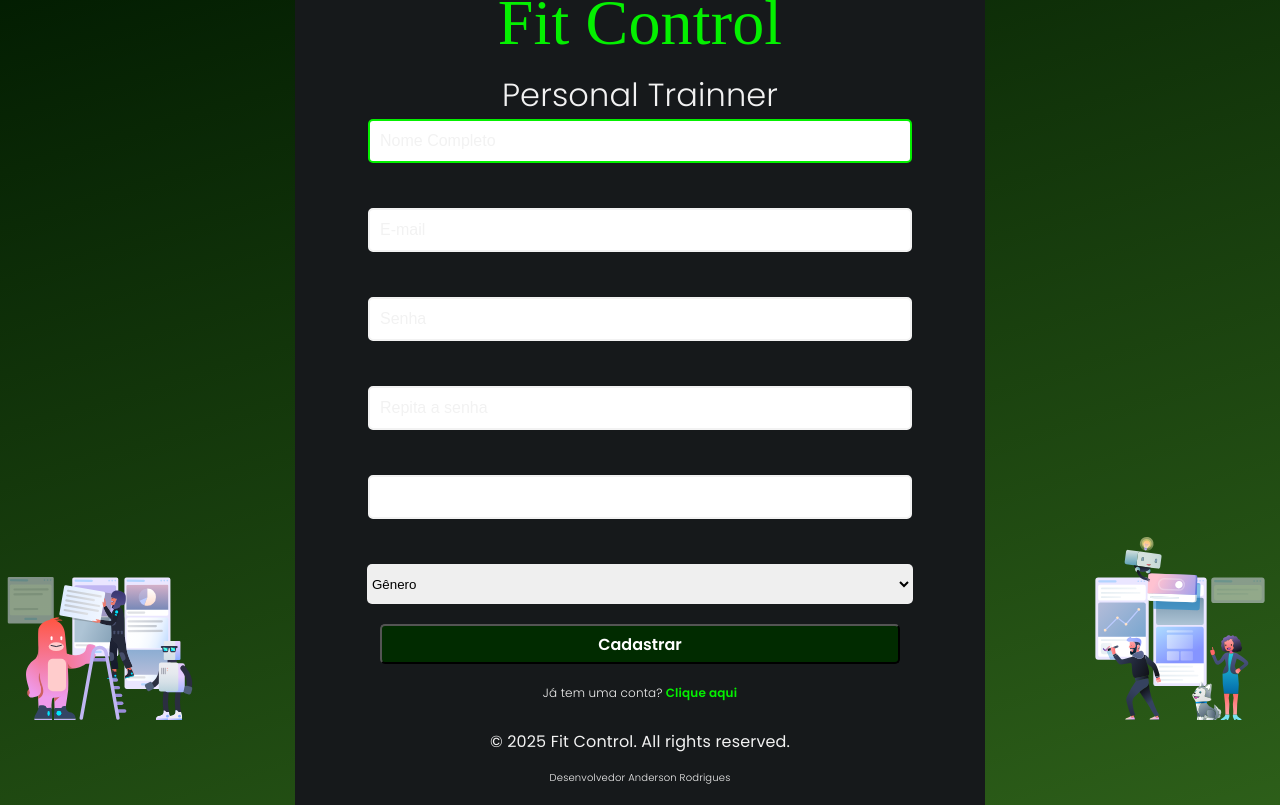
Repository: fit-control/frontend-fit-control
Page: /cadastro
These files come from the project's save history. The page is drawn as it stood at one moment and after the next save; the edit follows.
The browser window is 1280 px wide. The pictures show the whole page.
The page's requests for data from a server got no answer. Some web fonts or font styles are not loaded; a fallback is used. The project was rebuilt for these pictures with package versions that can differ from the ones it lists, and the page was loaded fresh each time. No one was signed in, and anything a server would have sent is missing. Also part of the build but not shown: next.config.js, vite.config.ts, src/components/containerCenterLogin.tsx, src/pages/About.tsx, src/pages/NotFound.tsx, src/components/AuthRoutes.tsx, src/pages/PaginaTeste.tsx.

Above is the page before, as saved 2025-03-23 16:33:44.

### src/main.tsx
import { StrictMode } from 'react'
import { createRoot } from 'react-dom/client'
import './App.css'
import App from './App.tsx'
import { AuthProvider } from './context/auth.tsx'

createRoot(document.getElementById('root')!).render(
  <StrictMode>
    <AuthProvider>
      <App />
    </AuthProvider>
  </StrictMode>,
)

### src/App.css
@import url('https://fonts.googleapis.com/css2?family=Alike+Angular&family=Platypi:ital,wght@0,300..800;1,300..800&family=Poppins:ital,wght@0,100;0,200;0,300;0,400;0,500;0,600;0,700;0,800;0,900;1,100;1,200;1,300;1,400;1,500;1,600;1,700;1,800;1,900&display=swap');
@import url('https://fonts.googleapis.com/css2?family=Aguafina+Script&family=Alike+Angular&family=Platypi:ital,wght@0,300..800;1,300..800&family=Poppins:ital,wght@0,100;0,200;0,300;0,400;0,500;0,600;0,700;0,800;0,900;1,100;1,200;1,300;1,400;1,500;1,600;1,700;1,800;1,900&display=swap');
/* @tailwind base;
@tailwind components;
@tailwind utilities; */

/* :root {
  --background: #ffffff;
  --foreground: #171717;
}

@media (prefers-color-scheme: light) {
  :root {
    --background: #0a0a0a;
    --foreground: #ededed;
  }
} */

body {
  padding: 0;
  margin: 0;
  font-family: Poppins, sans-serif;
  font-size: 16px;
  line-height: 1.5;
  font-weight: 400;
  width: 100vw;
  height: 100vh;
  letter-spacing: 0.01em;
  display: flex;
  justify-content: center;
  align-items: center;

  .iconPageLeft {
    position: absolute;
    left: 0;
    bottom: 0;
    max-width: 400px;
    max-height: 400px;

    @media (max-width: 1480px) {
      max-width: 300px;
      max-height: 300px;
    }
    @media (max-width: 1280px) {
      max-width: 200px;
      max-height: 200px;
    }
    @media (max-width: 930px) {
      display: none;
    }
  }
  .iconPageRight {
    position: absolute;
    right: 0;
    bottom: 0;
    max-width: 400px;
    max-height: 400px;

    @media (max-width: 1480px) {
      max-width: 300px;
      max-height: 300px;
    }

    @media (max-width: 1280px) {
      max-width: 200px;
      max-height: 200px;
    }
    @media (max-width: 930px) {
      display: none;
    }
  }

  .containerLogin {
    width: 650px;
    min-height: calc(100vh - 40px);
    display: flex;
    flex-direction: column;
    justify-content: space-between;
    padding: 20px;
    align-items: center;
    background-color: #16191B;

    @media (max-width: 930px) {
      width: calc(100vw - 40px);
      overflow: hidden;
    }
    .divTitle {
      margin-top: 40px;
      display: flex;
      flex-direction: column;
      align-items: center;
      justify-content: center;

      h1 {
        margin: 0;
        color: #04F000;
        font-family: 'Aguafina Script', cursive;
        font-size: 4rem;
        font-weight: 400;
      }
      h3 {
        margin: 0;
        color: #F2F2F2;
        font-family: 'Poppins', sans-serif;
        font-size: 2rem;
        font-weight: 300;
      }
      p {
        color: #F2F2F2;
        font-size: 12px;
        font-weight: 300;
        margin: 0;
        text-align: center;
        display: flex;
      }
    }
    p {
      text-align: center;
      display: flex;
      color: #F2F2F2;
    }
    footer {
      display: flex;
      flex-direction: column;
      align-items: center;
      justify-content: center;

      .assignDeveloper {
        margin: 0%;
        color: #F2F2F2;
        font-size: 10px;
        font-weight: 300;
      }
    }

    .centerCard {
      display: flex;
      flex-direction: column;
      align-items: center;
      justify-content: center;
      gap: 10px;
      width: -webkit-fill-available;

      select {
        width: 84%;
        border-radius: 5px;
        height: 40px;
        margin-bottom: 10px;
      }
      input {
        width: 80%;
        height: 40px;
        border: 2px solid #F2F2F2;
        border-radius: 5px;
        padding: 0 10px;
        /* background-color: #16191B; */
        color: #16191B;
        font-size: 16px;
        font-weight: 300;
        outline: none;
        margin-bottom: 35px;
        transition: all 0.3s ease;
        &::placeholder {
          color: #F2F2F2;
          font-size: 16px;
          font-weight: 300;
        }
        &:focus {
          border-color: #04F000;
        }
      }
      label {
        color: #F2F2F2;
        font-size: 16px;
        font-weight: 300;
        display: flex;
        justify-content: flex-start;
        width: 80%;
      }
      button {
        width: 80%;
        height: 40px;
        border-radius: 5px;
        padding: 0 10px;
        background-color: #012B00;
        color: #FFFFFF;
        font-family: 'Poppins', sans-serif;
        font-size: 16px;
        font-weight: 600;
        outline: none;
        transition: all 0.3s ease;
      }
      button:hover {
        background-color: #F2F2F2;
        color: #16191B;
        cursor: pointer;
      }
      button:active {
        background-color: #04F000;
        color: #16191B;
        cursor: pointer;
        opacity: 0.5;
      }
      button:disabled {
        background-color: #F2F2F2;
        color: #16191B;
        cursor: not-allowed;
        opacity: 0.5;
      }
      button:focus {
        outline: none;
      }
      button:focus-visible {
        outline: 1px solid #F2F2F2;
      }
      .registerButton {
        background-color: #F2F2F2;
        color: #012B00;
        font-family: 'Poppins', sans-serif;
        font-size: 16px;
        font-weight: 600;
        outline: none;
        transition: all 0.3s ease;
        margin-top: 10px;

      }
      .registerButton:hover {
        background-color: #012B00;
        text-decoration: underline;
        color: #F2F2F2;
        cursor: pointer;
        transition: all 0.4s ease-in-out;
      }
      .registerLink {
        color: #04F000;
        font-weight: 600;
      }
      .forgotPassword {
        margin-top: 10px;
        font-size: 12px;
        font-weight: 300;
        gap: 3px;
      }
      .registerLink {
        color: #04F000;
        font-weight: 600;
        text-decoration: none;
      }
      .registerLink:hover {
        text-decoration: underline;
      }
    }
  }
}

### src/App.tsx
import './App.css'
import Home from './pages/Home'
import About from './pages/About';
import NotFound from './pages/NotFound';
import { BrowserRouter as Router, Route, Routes } from "react-router-dom";
import AuthRoutes from './components/AuthRoutes';
import PaginaTeste from './pages/PaginaTeste';

function App() {

  return (
    <Router>
      <div>
      <Routes>
        <Route index element={<Home />} />
        <Route path="/cadastro" element={<Home />}/>
          <Route element={<AuthRoutes />}>
            <Route path="/pagina-teste" element={<PaginaTeste />}/>
          </Route>
          <Route path="/about" element={<About />} />
        <Route path="*" element={<NotFound />} />
      </Routes>
      </div>
    </Router>
  );
}

export default App

### src/context/auth.tsx
import React, { createContext, useContext, useState, useEffect, useCallback } from "react";
import axios from "axios";
import api from "../api/api";

interface User {
  id: string;
  email: string;
  password: string;
  name: string;
  role: string;
}

interface AuthContextType {
  user: User | null;
  login: (email: string, password: string) => Promise<User>;
  logout: () => void;
  isAuthenticated: boolean;
}

// Criação do contexto
const AuthContext = createContext<AuthContextType>({
  user: {
    id: '',
    email: '',
    password: '',
    name: '',
    role: ''
  },
  login: async () => ({
    id: '',
    email: '',
    password: '',
    name: '',
    role: ''
  }),
  logout: () => {},
  isAuthenticated: false
});

// Provider do contexto de autenticação
export const AuthProvider = ({ children }: { children: React.ReactNode }) => {
  const [user, setUser] = useState<User | null>(null);
  const [isAuthenticated, setIsAutenticatad] = useState<boolean>(false);

  const logout = () => {
    setIsAutenticatad(false);
    setUser(null);
    localStorage.removeItem("token");
    delete axios.defaults.headers.common["Authorization"];
  };

  const fetchUserData = useCallback(async (authToken: string) => {
    try {
      const response = await axios.get("/auth/me", {
        headers: { Authorization: `Bearer ${authToken}` },
      });
      setUser(response.data);
    } catch (error) {
      console.error("Erro ao buscar dados do usuário:", error);
      logout();
    }
  }, []);

  useEffect(() => {
    // Verifica se há um token salvo no localStorage ao carregar a aplicação
    const storedToken = localStorage.getItem("token");
    if (storedToken) {
      setIsAutenticatad(true);
      axios.defaults.headers.common["Authorization"] = `Bearer ${storedToken}`;
      fetchUserData(storedToken); // Busca os dados do usuário autenticado
    }
  }, [fetchUserData]);

  const login = async (email: string, password: string): Promise<User> => {
    console.log("Iniciando login com:", email, password);

    try {
      const response = await api.post("/api/login", { email, password });
      console.log("Resposta da API:", response.data);

      const { token } = response.data;

      if(token)setIsAutenticatad(true);
      localStorage.setItem("token", token);
      axios.defaults.headers.common["Authorization"] = `Bearer ${token}`;

      const fakeUser: User = {
        id: "123",
        email,
        password,
        name: "Usuário Fake",
        role: "Admin",
      };

      setUser(fakeUser);
      console.log("Usuário autenticado:", fakeUser);
      console.log(isAuthenticated)

      return fakeUser;
    } catch (error) {
      console.warn("Erro no login:", error);
      throw error; // Re-lança o erro para ser tratado pelo componente
    }
  };



  return (
    <AuthContext.Provider value={{ user, isAuthenticated, login, logout }}>
         {children}
    </AuthContext.Provider>
  );
};

// Hook para consumir o contexto
export const useAuth = () => useContext(AuthContext);

### src/pages/Home.tsx
import ContainerCenterCadastro from "../components/containerCenterCadastro";
import ContainerCenterLogin from "../components/containerCenterLogin";
import { useLocation } from "react-router-dom";

function Home() {
  const location = useLocation();
  return (
    <div className="items-center justify-items-center min=w-screen flex fundo_login" style={{
      width: '100vw',
      background: 'linear-gradient(343deg, rgba(22, 77, 0, 0.9), rgba(0, 25, 0, 10.9))'
    }}>
       {location.pathname === "/cadastro" ? <ContainerCenterCadastro /> : <ContainerCenterLogin />}
    </div>
  );
}
export default Home;

### src/api/api.ts
import axios from "axios";

const baseURL = import.meta.env.VITE_BASE_URL; // Use import.meta.env
const api = axios.create({
  baseURL: baseURL, // URL base da API
  timeout: 5000, // Tempo limite para requisições
  headers: { "Content-Type": "application/json" }, // Cabeçalhos padrão
});

// Interceptor para adicionar o token de autenticação nas requisições
api.interceptors.request.use(
    (config) => {
      // Recuperar o token do localStorage (ou outra fonte)
      const token = localStorage.getItem("token");

      if (token) {
        // Adicionar o token no cabeçalho da requisição
        config.headers.Authorization = `Bearer ${token}`;
      }

      // Retornar a configuração modificada
      return config;
    },
    (error) => {
      // Tratar erros na configuração da requisição
      console.error("Erro ao configurar a requisição:", error);
      return Promise.reject(error);
    }
  );

  // Interceptor para tratar respostas da API
  api.interceptors.response.use(
    (response) => {
      // Aqui você pode processar a resposta antes de retornar os dados
      console.log("Resposta bem-sucedida:", response);
      return response;
    },
    (error) => {
      // Tratar erros de resposta (ex.: erro 401 ou 500)
      if (error.response) {
        console.error("Erro na resposta da API:", error.response.data);

        // Exemplo: Redirecionar para login em caso de erro 401 (não autorizado)
        if (error.response.status === 401) {
          console.log("Token expirado. Redirecionando para login...");
          window.location.href = "/";
        }
      } else {
        console.error("Erro na requisição:", error.message);
      }

      return Promise.reject(error);
    }
  );

export default api;

### src/components/containerCenterCadastro.tsx
import { useAuth } from "../context/auth";
import { useState } from "react";
// import { useNavigate } from "react-router-dom";
import { ToastContainer, toast } from "react-toastify";
import "react-toastify/dist/ReactToastify.css";
import { useForm } from 'react-hook-form'
import { User } from "../types/AuthType";
import { useNavigate } from "react-router-dom";

const ContainerCenterCadastro = () => {

  const { login } = useAuth();
  const navigate = useNavigate();
  const [loading, setLoading] = useState(false);


  const [errorMessage, setErrorMessage] = useState<string | undefined>(
    undefined,
  )

  const {
    handleSubmit,
    register,
    getValues} = useForm<User>({
    mode: 'onSubmit',
  })

  const handleFormSubmit = async ({ nomeCompleto, email, password, genero }: User) => {
    console.log("ENTROU AQUI", nomeCompleto, email, password, genero);
    setLoading(true);
    // const credentials = { user, password }
    // setDadosProfileLocalStorage(credentials)

    try {
      const response = await login(email, password)
      if (response) {
        toast.success(`Seja bem vindo ${response.name}! login realizado com sucesso.`)
        // setTimeout(() => {
        //   navigate('/pagina-teste')
        // }, 1000)
      }
    } catch (error) {
      // setFocus('email')
      // setFocus('password')
      toast.error('Email ou senha inválidos. Tente novamente.')
      if (error instanceof Error) setErrorMessage(error.message)
        setTimeout(() => {
          setErrorMessage(() => '')
        }, 2000)
    }finally{
      setLoading(false);
    }
  }
  return (
    <form style={{
      width: '100vw',
      justifyContent: "center",
      display: "flex",
    }} onSubmit={(e) => {
      e.preventDefault();
      console.log("Valores no form:", getValues());
      handleSubmit(handleFormSubmit)(e);
    }}>
      <img src="/trello-right.e6e102c7 (1).svg" alt="iconPageLeft" className="iconPageLeft" />
        <main className="containerLogin">
        <div className="divTitle">
          <h1 className="title">Fit Control</h1>
          <h3 className="subtitle">Personal Trainner</h3>
        </div>
        <div className="centerCard">
            <input
            type="text"
            placeholder="Nome Completo"
            {...register('nomeCompleto', {
              required: 'Nome é obrigatório',
            })}
            autoFocus
            style={{ borderColor: errorMessage ? "red" : "" }}
          />
          <input
            type="text"
            placeholder="E-mail"
            {...register('email', {
              required: 'Email é obrigatório',
              pattern: {
                value: /^[a-zA-Z0-9._%+-]+@[a-zA-Z0-9.-]+\.[a-zA-Z]{2,}$/,
                message: 'Email inválido',
              },
            })}
            style={{ borderColor: errorMessage ? "red" : "" }}
          />
          <input
            type="password"
            placeholder="Senha"
            {...register('password', {
              required: 'Senha é obrigatória',
              pattern: {
                value:
                  /^(?=.*\d)(?=.*[a-z])(?=.*[A-Z])(?=.*[!@#$%^&.*])[0-9a-zA-Z!@#$%^&*]{6,}$/,
                message:
                  'Senha deve ter pelo menos 6 caracteres, incluindo letras maiúsculas, minúsculas, números e caracteres especiais',
              },

            })}
            style={{ borderColor: errorMessage ? "red" : ""}}
          />
          <input
            type="password"
            placeholder="Repita a senha"
            {...register('password', {
              required: 'Senha é obrigatória',

            })}
            style={{ borderColor: errorMessage ? "red" : ""}}
          />
          <input
            type="text"
            {...register('telefone')}
            style={{ borderColor: errorMessage ? "red" : ""}}
          />
           <select {...register('genero')} style={{ borderColor: errorMessage ? "red" : "transparent" }}>
                <option value="">Gênero</option>
                <option value="homem">Homem</option>
                <option value="mulher">Mulher</option>
            </select>

          <button disabled={loading} type="submit">
            {loading ? 'Carregando...' : 'Cadastrar'}
          </button>
          <p className="forgotPassword">Já tem uma conta? <a onClick={(e) => {
            e.preventDefault(); // Impede a ação padrão do botão
            setTimeout(() => {
              navigate('/recuperar-senha');
            }, 1000);
          }} className="registerLink">Clique aqui</a></p>
        {errorMessage && (
              <div style={{ maxWidth: '85%', textAlign: 'center', color: 'red' }}>
                {errorMessage}
              </div>
            )}
        </div>

        <footer className="">
          <p className="">
            &copy; {new Date().getFullYear()} Fit Control. All rights reserved.
          </p>
          <p className="assignDeveloper">Desenvolvedor Anderson Rodrigues</p>
        </footer>
      </main>
      <img src="/trello-left.4f52d13c (1).svg" alt="iconPageRight" className="iconPageRight" />
      <ToastContainer />
    </form>
  );
};

export default ContainerCenterCadastro;

Loaded but not shown: index.html (common file); tailwind.config.js (common file)

After the next save:
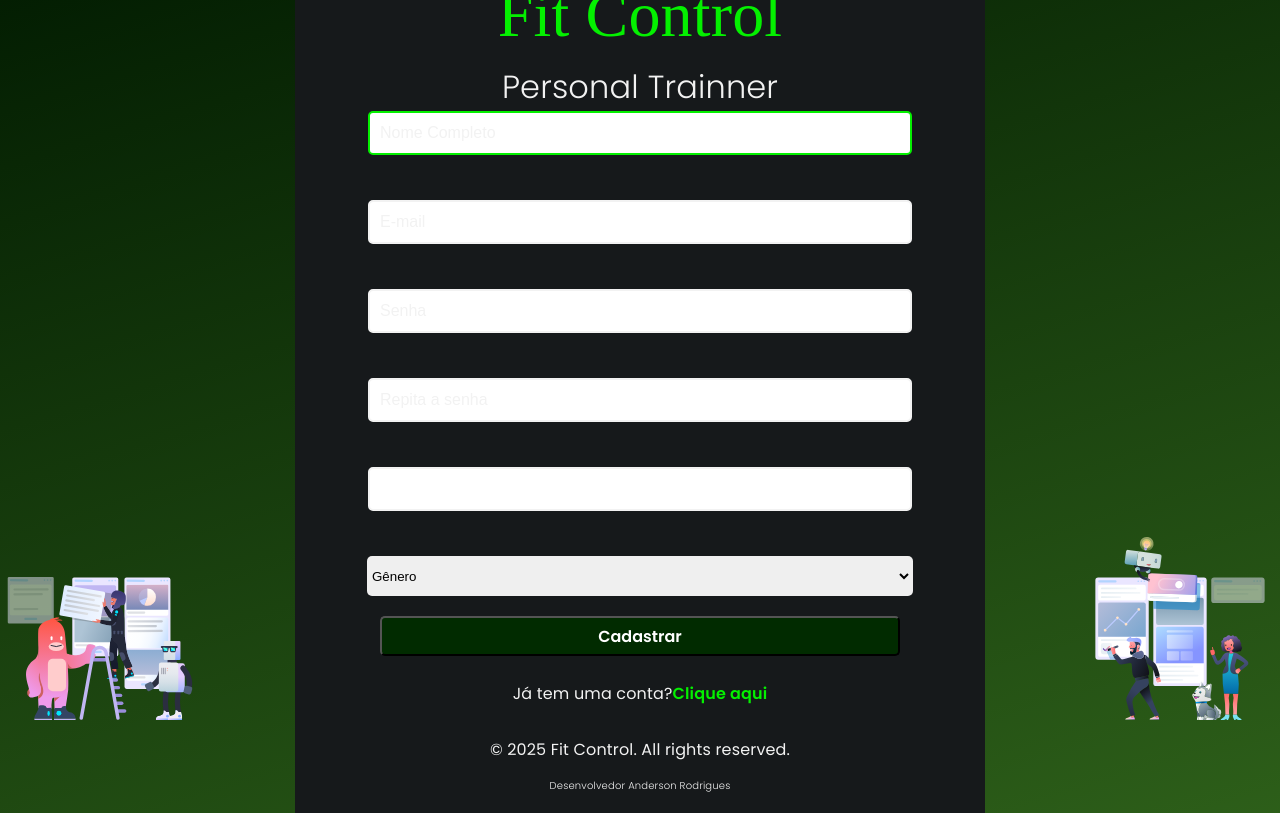
Saved 74 s later.
--- a/src/components/containerCenterCadastro.tsx
+++ b/src/components/containerCenterCadastro.tsx
@@ -127,7 +127,7 @@ const ContainerCenterCadastro = () => {
           <button disabled={loading} type="submit">
             {loading ? 'Carregando...' : 'Cadastrar'}
           </button>
-          <p className="forgotPassword">Já tem uma conta? <a onClick={(e) => {
+          <p className="tagRegister">Já tem uma conta? <a onClick={(e) => {
             e.preventDefault(); // Impede a ação padrão do botão
             setTimeout(() => {
               navigate('/recuperar-senha');

After the save that followed:
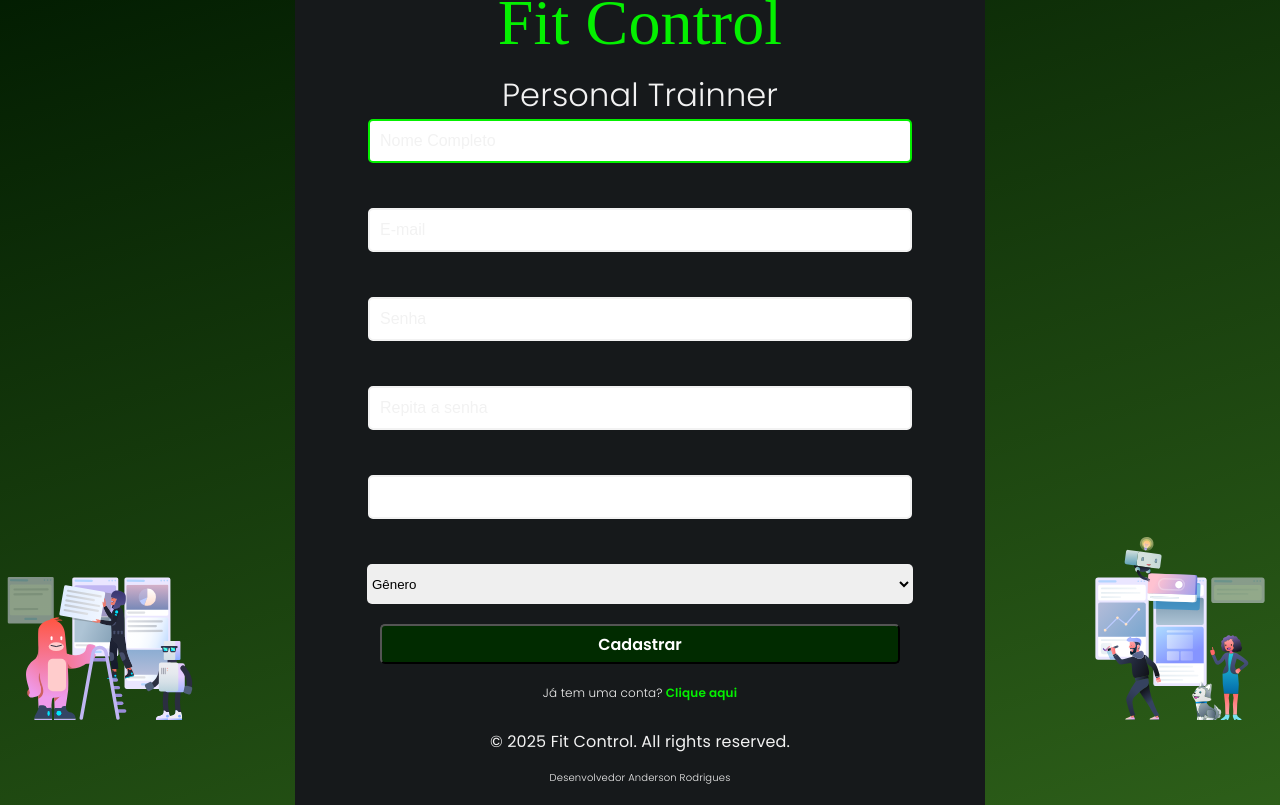
Saved 31 s later.
--- a/src/App.css
+++ b/src/App.css
@@ -235,7 +235,7 @@ body {
         color: #04F000;
         font-weight: 600;
       }
-      .forgotPassword {
+      .tagRegister {
         margin-top: 10px;
         font-size: 12px;
         font-weight: 300;
